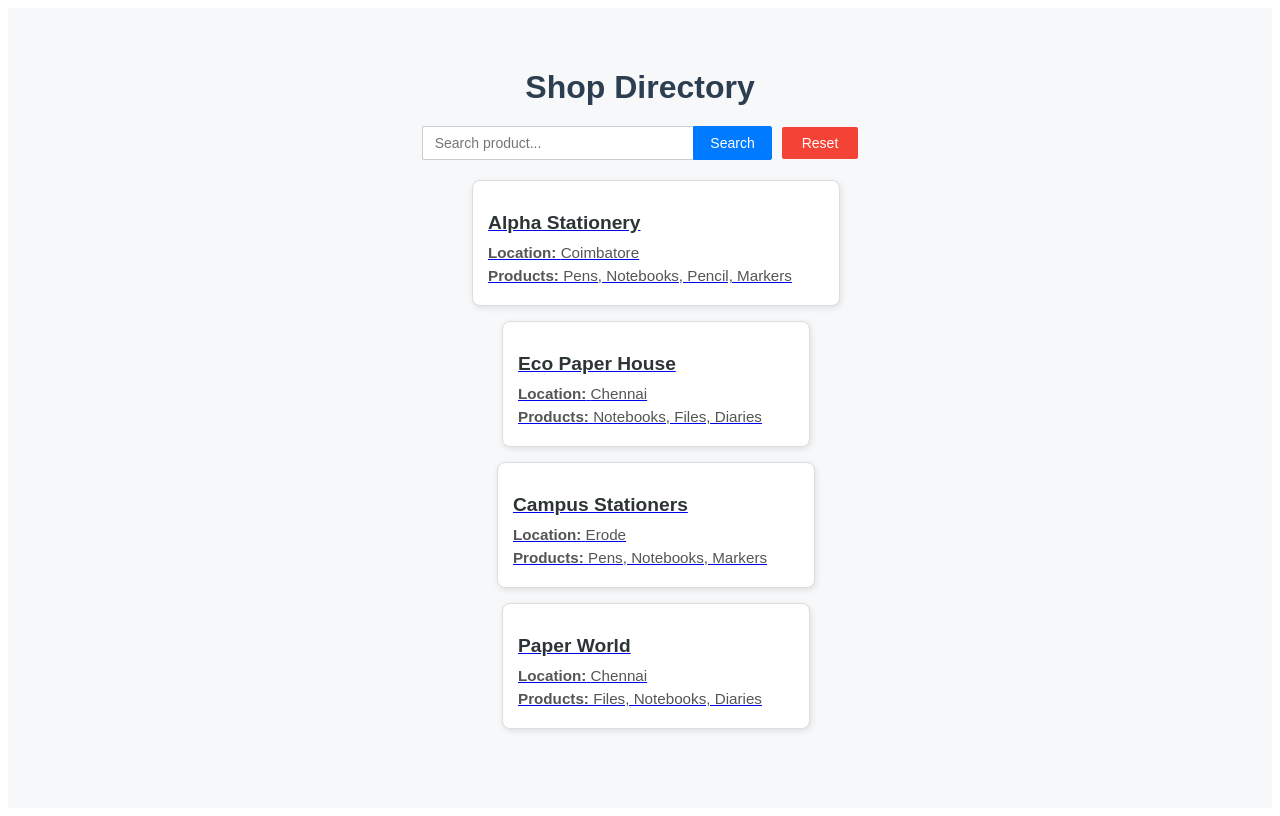
Repository: Pavithra-09git/CarSort
Page: /shop/1
These files come from the project's save history. The page is drawn as it stood at one moment and after a run of saves; the edit follows.
The browser window is 1280 px wide. The pictures show the whole page.
The project was rebuilt for these pictures with package versions that can differ from the ones it lists, and the page was loaded fresh each time. Also part of the build but not shown: vite.config.js, src/assets/Component/CardDetailPage.jsx.

Above is the page before, as saved 2025-10-26 15:42:57.

### index.html
<!doctype html>
<html lang="en">
  <head>
    <meta charset="UTF-8" />
    <link rel="icon" type="image/svg+xml" href="/vite.svg" />
    <meta name="viewport" content="width=device-width, initial-scale=1.0" />
    <title>table</title>
  </head>
  <body>
    <div id="root"></div>
    <script type="module" src="/src/main.jsx"></script>
  </body>
</html>

### src/main.jsx
import { StrictMode } from 'react';
import { createRoot } from 'react-dom/client';
import Router from './Router.jsx'; // this already includes RouterProvider

createRoot(document.getElementById('root')).render(
  <StrictMode>
    <Router />
  </StrictMode>
);

### src/Router.jsx
import React from 'react';
import { createBrowserRouter, RouterProvider } from 'react-router-dom';
import App from './App';
import Home from './assets/Component/Home';
import CartDetailPage from './assets/Component/CardDetailPage'; // create a page to show card by id
import CardDetailPage from './assets/Component/CardDetailPage';

const router = createBrowserRouter([
  {
    path: '/',
    element: <App />, // main app
    children: [
      {
        index: true,
        element: <Home />, // optional home page
      },
      {
        path: '/shop/:id',
        element: <CardDetailPage />, // dynamic page for individual shop
      },
    ],
  },
]);

const Router = () => {
  return <RouterProvider router={router} />;
};

export default Router;

### src/App.jsx
import React from "react";
import { shops } from "./data";
import Home from "./assets/Component/Home";
import "./App.css";


function App() {
  return(
 <Home shops={shops} />
  )


}

export default App;

### src/assets/Component/Home.jsx


import React, { useState } from "react";
import Card from "./Card";
const Home = ({shops}) => {
   const [search, setSearch] = useState("");
  const [results, setResults] = useState(null); // null means no search yet

  const handleSearch = (e) => {
    e.preventDefault();
    if (!search.trim()) {
      setResults(null);
      return;
    }

    // Filter shops that have the searched product
    const filtered = shops
      .map((shop) => {
        const product = shop.products.find(
          (p) => p.name.toLowerCase() === search.toLowerCase().trim()
        );
        if (product) {
          return { ...shop, product };
        }
        return null;
      })
      .filter(Boolean)
      .sort((a, b) => b.product.storePaidAmount - a.product.storePaidAmount); // sort internally if needed

    setResults(filtered);
  };

  const handleReset = () => {
    setSearch("");
    setResults(null); // back to initial view
  };

  // Decide which shops to display: filtered or all
  const displayShops = results !== null ? results : shops;

  return (
    <div className="container">
      <h1>Shop Directory</h1>

      <form className="search-form" onSubmit={handleSearch}>
        <div className="youtube-search-box">
          <input
            type="text"
            placeholder="Search product..."
            value={search}
            onChange={(e) => setSearch(e.target.value)}
            className="search-input"
          />
          <button type="submit" className="search-button">Search</button>
        </div>
        <button type="button" className="reset-btn" onClick={handleReset}>
          Reset
        </button>
      </form>

      <div className="card-column">
        {displayShops.length > 0 ? (
          displayShops.map((shop) => (
            <Card  key={shop.id} shop={shop} results={results}/>

          ))
        ) : (
          <p>No shops found with that product.</p>
        )}
      </div>
    </div>
  );
}

export default Home

### src/data.js
export const shops = [
  {
    id: 1,
    name: "Alpha Stationery",
    location: "Coimbatore",
    products: [
      { name: "Pens", storePaidAmount: 12, normalRate: 10},
      { name: "Notebooks", storePaidAmount: 50, normalRate: 60 },
      { name: "Pencil", storePaidAmount: 5, normalRate: 10 },
      { name: "Markers", storePaidAmount: 20, normalRate: 25 },
    ],
  },
  {
    id: 2,
    name: "Eco Paper House",
    location: "Chennai",
    products: [
      { name: "Notebooks", storePaidAmount: 15, normalRate: 65 },
      { name: "Files", storePaidAmount: 35, normalRate: 40 },
      { name: "Diaries", storePaidAmount: 40, normalRate: 50 },
    ],
  },
  {
    id: 3,
    name: "Campus Stationers",
    location: "Erode",
    products: [
      { name: "Pens", storePaidAmount: 15, normalRate: 10},
      { name: "Notebooks", storePaidAmount: 20, normalRate: 70 },
      { name: "Markers", storePaidAmount: 25, normalRate: 30 },
    ],
  },
  {
    id: 4,
    name: "Paper World",
    location: "Chennai",
    products: [
      { name: "Files", storePaidAmount: 38, normalRate: 45 },
      { name: "Notebooks", storePaidAmount: 18, normalRate: 65 },
      { name: "Diaries", storePaidAmount: 45, normalRate: 50 },
    ],
  },
];

### src/App.css
/* Main container */
.container {
  min-height: 100vh;
  background-color: #f7f8fa;
  display: flex;
  flex-direction: column;
  align-items: center;
  padding: 40px 20px;
  font-family: "Poppins", sans-serif;
}

/* Title */
h1 {
  color: #2c3e50;
  margin-bottom: 20px;
  font-size: 2rem;
  text-align: center;
}

/* Search bar */
.search-box {
  width: 100%;
  max-width: 400px;
  padding: 10px 15px;
  border: 1px solid #ccc;
  border-radius: 8px;
  outline: none;
  font-size: 16px;
  transition: 0.3s;
  margin-bottom: 30px;
}

.search-box:focus {
  border-color: #007bff;
  box-shadow: 0 0 5px rgba(0, 123, 255, 0.3);
}

/* Cards vertical layout */
.card-column {
  display: flex;
  flex-direction: column;
  align-items: center;
  gap: 20px;
  width: 100%;
  max-width: 700px;
}

/* Individual card */
.card {
  background-color: white;
  border-radius: 12px;
  box-shadow: 0 4px 10px rgba(0, 0, 0, 0.1);
  width: 100%;
  padding: 20px;
  transition: transform 0.3s ease, box-shadow 0.3s ease;
}

.card:hover {
  transform: translateY(-5px);
  box-shadow: 0 6px 15px rgba(0, 0, 0, 0.15);
}

/* Card text */
.card h2 {
  font-size: 1.2rem;
  color: #2d3436;
  margin-bottom: 10px;
}

.card p {
  font-size: 0.95rem;
  color: #555;
  margin: 6px 0;
}

/* No result text */
.no-result {
  color: #777;
  text-align: center;
  font-size: 1rem;
}
.search-form {
  display: flex;
  flex-wrap: wrap;
  gap: 10px;
  margin-bottom: 20px;
  align-items: center;
}

.youtube-search-box {
  display: flex;
  width: 350px; /* input + button total width */
  max-width: 100%;
}

.search-input {
  flex: 1;
  padding: 8px 12px;
  border: 1px solid #ccc;
  border-right: none;
  border-radius: 2px 0 0 2px;
  font-size: 14px;
}

.search-input:focus {
  outline: none;
  border-color: #007bff;
}

.search-button {
  padding: 8px 16px;
  border: 1px solid #007bff;
  background-color: #007bff;
  color: white;
  cursor: pointer;
  font-size: 14px;
  border-radius: 0 2px 2px 0;
  transition: background 0.3s;
}

.search-button:hover {
  background-color: #0056b3;
}

.reset-btn {
  padding: 8px 20px;
  background-color: #f44336;
  border: none;
  color: white;
  border-radius: 2px;
  cursor: pointer;
  font-size: 14px;
  transition: background 0.3s;
}

.reset-btn:hover {
  background-color: #c62828;
}

/* Cards */
.card-column {
  display: flex;
  flex-direction: column;
  gap: 15px;
}

.card {
  padding: 15px;
  border: 1px solid #ddd;
  border-radius: 8px;
  box-shadow: 1px 2px 6px rgba(0,0,0,0.1);
  transition: transform 0.2s;
}

.card:hover {
  transform: scale(1.02);
}

/* Responsive */
@media (max-width: 600px) {
  .youtube-search-box {
    width: 100%;
  }
  .search-form {
    flex-direction: column;
    align-items: stretch;
  }
  .reset-btn {
    width: 100%;
  }
}

### src/assets/Component/Card.jsx
import React from 'react';
import { Link } from 'react-router-dom';

const Card = ({ shop, results }) => {
  return (
    <Link to={`/shop/${shop.id}`}>
      <div className="card">
        <h2>{shop.name}</h2>
        <p><strong>Location:</strong> {shop.location}</p>
        {results ? (
          <p><strong>Product:</strong> {shop.product.name}</p>
        ) : (
          <p><strong>Products:</strong> {shop.products.map(p => p.name).join(", ")}</p>
        )}
      </div>
    </Link>
  );
};

export default Card;

After the next 2 saves:
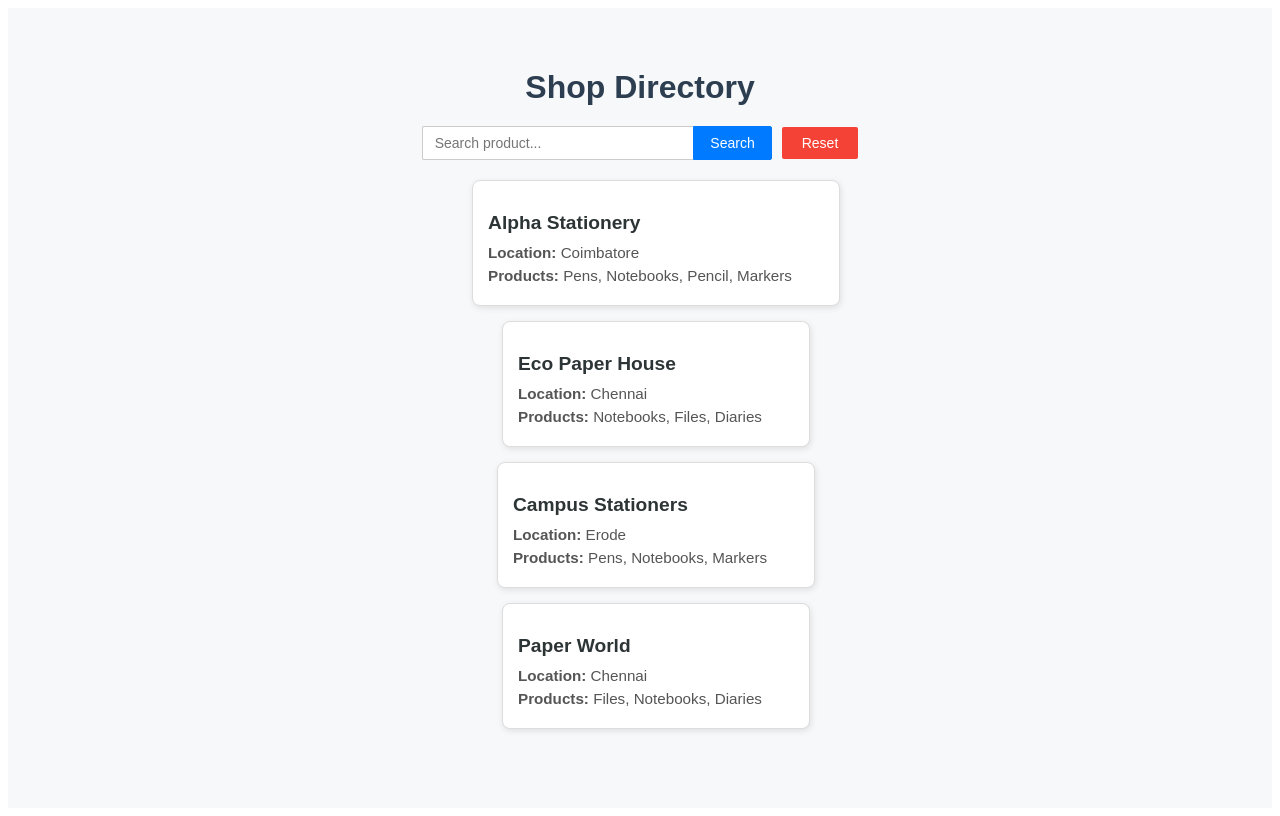
The 2 saves are shown as one change because they came seconds apart.
The last was saved 93 s later.
--- a/src/assets/Component/Card.jsx
+++ b/src/assets/Component/Card.jsx
@@ -3,7 +3,7 @@ import { Link } from 'react-router-dom';
 
 const Card = ({ shop, results }) => {
   return (
-    <Link to={`/shop/${shop.id}`}>
+    <Link to={`/shop/${shop.id}`}  style={{ textDecoration: 'none', color: 'inherit' }}>
       <div className="card">
         <h2>{shop.name}</h2>
         <p><strong>Location:</strong> {shop.location}</p>
